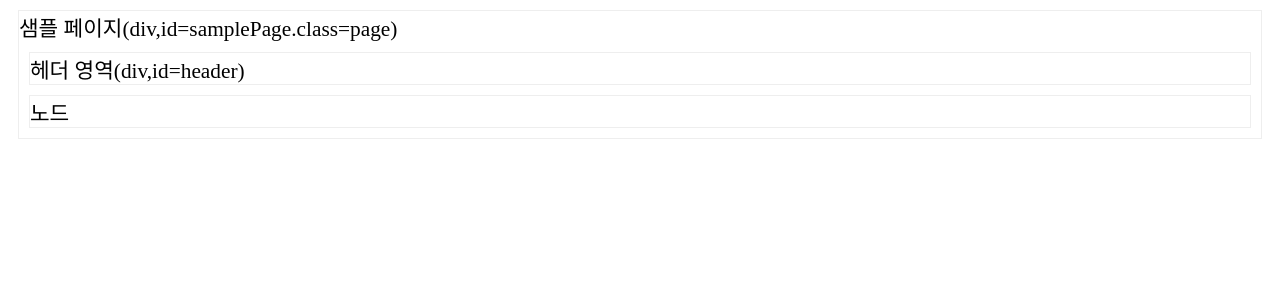
Repository: swc0516s/EZEN-JS
Page: JavaScript Workspace Lecture/JavaScript_jQuery_03/WebContent/Chapter01/1_02.html
An editor plug-in stored every save of this project. The page is shown before and after the next save, followed by the edit.
The browser window is 1280 px wide. The pictures show the whole page.

Above is the page before, as saved 2022-03-17 01:50:59.

After the next save:
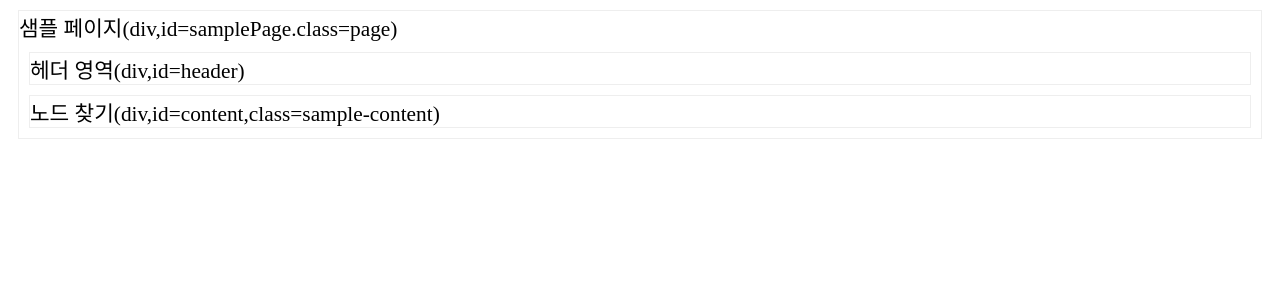
Saved 21 s later.
--- a/JavaScript Workspace Lecture/JavaScript_jQuery_03/WebContent/Chapter01/1_02.html
+++ b/JavaScript Workspace Lecture/JavaScript_jQuery_03/WebContent/Chapter01/1_02.html
@@ -31,7 +31,8 @@ li.select {
 	<div id="sample" class="page">
 		샘플 페이지(div,id=samplePage.class=page)
 		<div id="header">헤더 영역(div,id=header)</div>
-		<div id="content" class="sample-content">노드</div>
+		<div id="content" class="sample-content">노드
+			찾기(div,id=content,class=sample-content)</div>
 	</div>
 </body>
 </html>
